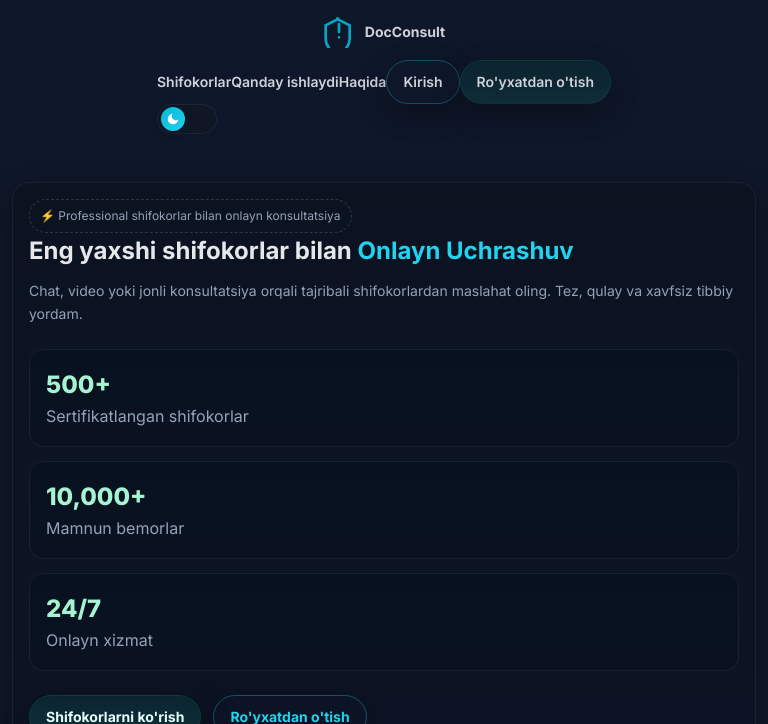
Repository: diyorbe-beep/-----------
Page: /
An editor plug-in stored every save of this project. The page is shown before and after the next save, followed by the edit.
The browser window is 768 px wide. The pictures show the part of the page from y = 0 to 724 px (the page is 2804 px tall before and 2735 px after).
Pictures or frames that could not be fetched are drawn as grey boxes. The page's requests for data from a server got no answer. The project was rebuilt for these pictures with package versions that can differ from the ones it lists, and the page was loaded fresh each time. No one was signed in, and anything a server would have sent is missing. Also part of the build but not shown: vite.config.js, src/components/DemoModeWarning.jsx, src/pages/Login.jsx, src/pages/Register.jsx, src/components/DoctorSearch.jsx, src/components/DoctorCard.jsx, src/pages/DoctorList.jsx, src/pages/DoctorDetail.jsx and 12 more.

Above is the page before, as saved 2025-10-20 22:09:32.

After the next save:
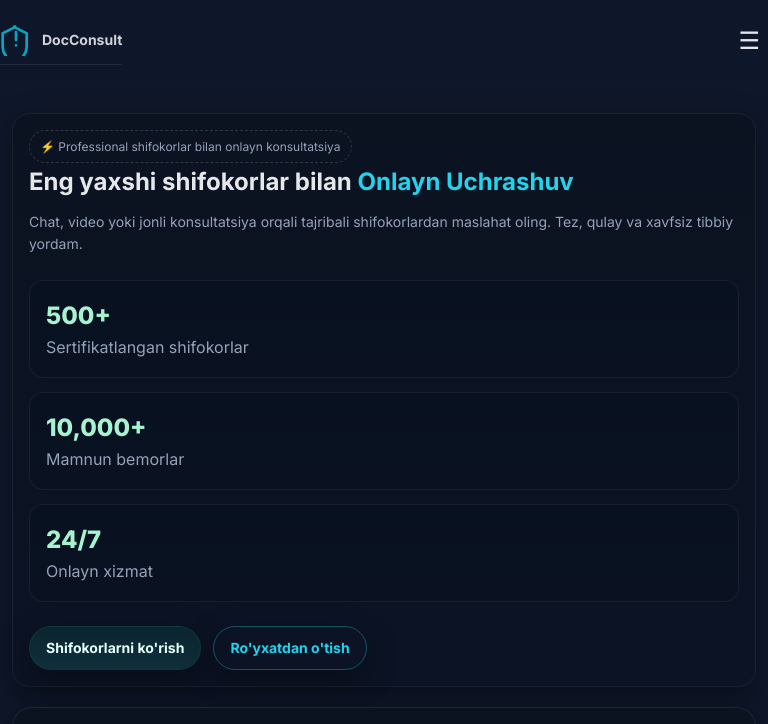
Saved 7 s later.
--- a/src/index.css
+++ b/src/index.css
@@ -289,13 +289,44 @@ textarea {
   }
 
   .nav {
+    flex-direction: row;
+    justify-content: space-between;
+    align-items: center;
+    padding: 16px 0;
+  }
+
+  .mobile-menu-btn {
+    display: block !important;
+  }
+
+  .nav-menu {
+    position: fixed;
+    top: 70px;
+    left: 0;
+    right: 0;
+    background: var(--bg);
+    border: 1px solid rgba(255, 255, 255, 0.1);
+    border-radius: 0 0 12px 12px;
+    padding: 20px;
+    display: none;
     flex-direction: column;
-    gap: 12px;
-    padding: 16px 0;
+    gap: 16px;
+    z-index: 100;
+    box-shadow: 0 4px 20px rgba(0, 0, 0, 0.3);
+  }
+
+  .nav-menu-open {
+    display: flex !important;
   }
 
   .nav a {
     font-size: 14px;
+    padding: 8px 0;
+    border-bottom: 1px solid rgba(255, 255, 255, 0.1);
+  }
+
+  .nav a:last-child {
+    border-bottom: none;
   }
 
   .hero h1 {
